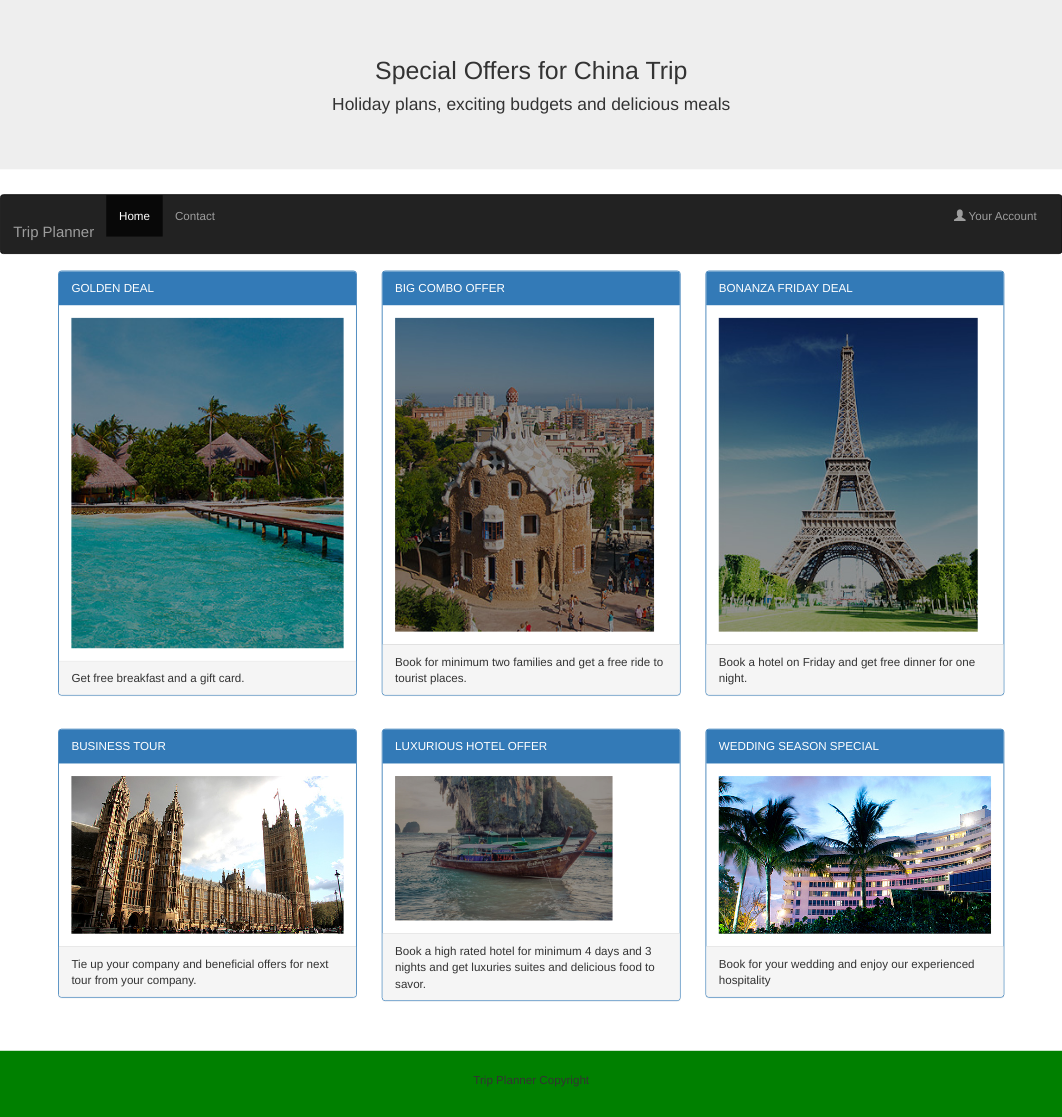
Repository: NanSin21/Mytourism-Website
Page: http://localhost/toursandtravelsmanagement/TripPlaces/CustomerSahara.jsp
An editor plug-in stored every save of this project. The page is shown before and after the next save, followed by the edit.
The browser window is 1280 px wide. The pictures show the whole page, at 83% of full size.
The page is served by Tomcat 9.

Above is the page before, as saved 2018-07-25 06:57:11.

After the next save:
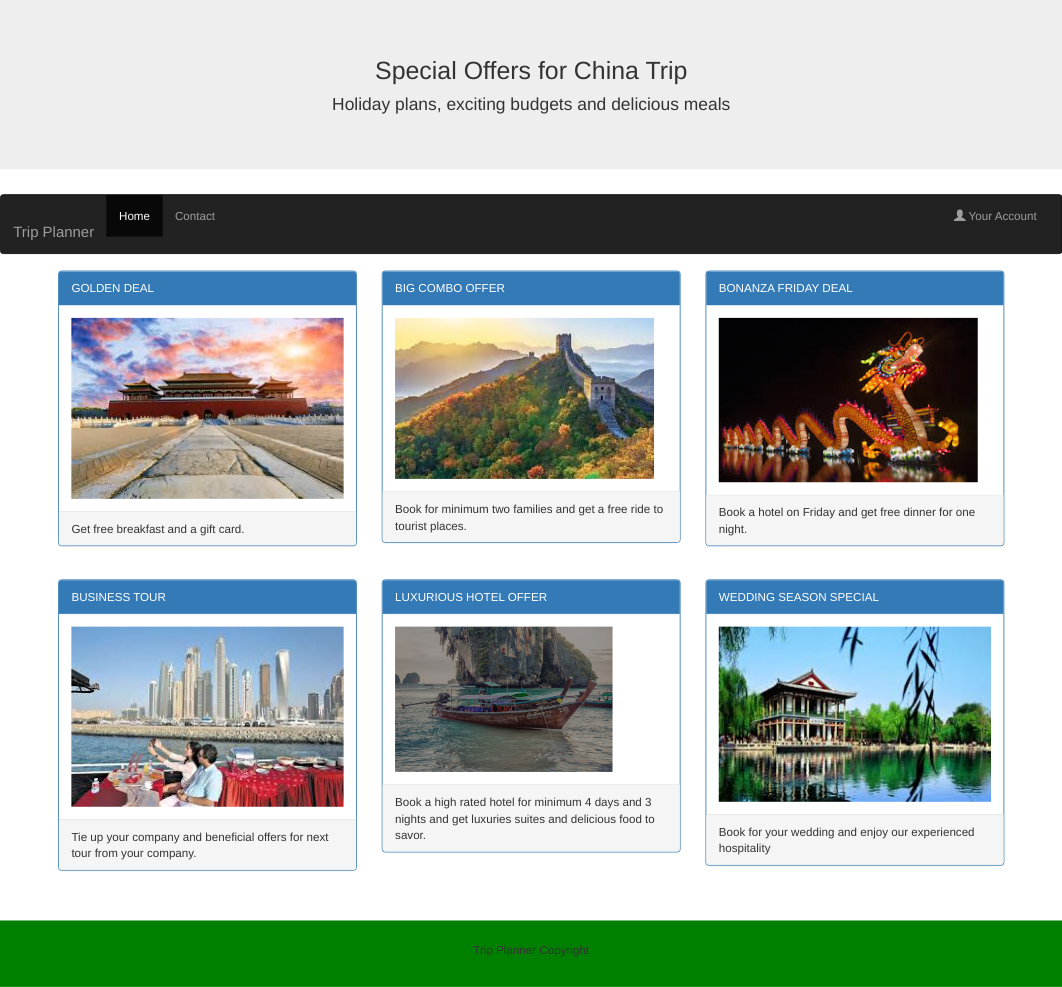
Saved 3 min 49 s later.
--- a/toursandtravelsmanagement/WebContent/TripPlaces/CustomerSahara.jsp
+++ b/toursandtravelsmanagement/WebContent/TripPlaces/CustomerSahara.jsp
@@ -65,21 +65,21 @@
     <div class="col-sm-4">
       <div class="panel panel-primary">
         <div class="panel-heading">GOLDEN DEAL</div>
-        <div class="panel-body"><img src="images/ban_img2.jpg" class="img-responsive" style="width:100%" alt="Image"></div>
+        <div class="panel-body"><img src="images/download.jpeg" class="img-responsive" style="width:100%" alt="Image"></div>
         <div class="panel-footer">Get free breakfast and a gift card.</div>
       </div>
     </div>
     <div class="col-sm-4">
       <div class="panel panel-primary">
         <div class="panel-heading">BIG COMBO OFFER</div>
-        <div class="panel-body"><img src="images/ban_img1.jpg" class="img-responsive" style="width:95%" alt="Image"></div>
+        <div class="panel-body"><img src="images/download (1).jpeg" class="img-responsive" style="width:95%" alt="Image"></div>
         <div class="panel-footer">Book for minimum two families and get a free ride to tourist places.</div>
       </div>
     </div>
     <div class="col-sm-4">
       <div class="panel panel-primary">
         <div class="panel-heading">BONANZA FRIDAY DEAL</div>
-        <div class="panel-body"><img src="images/ban_img3.jpg" class="img-responsive" style="width:95%" alt="Image"></div>
+        <div class="panel-body"><img src="images/download (2).jpeg" class="img-responsive" style="width:95%" alt="Image"></div>
         <div class="panel-footer">Book a hotel on Friday and get free dinner for one night.</div>
       </div>
     </div>
@@ -91,7 +91,7 @@
     <div class="col-sm-4">
       <div class="panel panel-primary">
         <div class="panel-heading">BUSINESS TOUR</div>
-        <div class="panel-body"><img src="images/londonhelp.jpg" class="img-responsive" style="width:100%" alt="Image"></div>
+        <div class="panel-body"><img src="images/restaurant.jpeg" class="img-responsive" style="width:100%" alt="Image"></div>
         <div class="panel-footer">Tie up your company and beneficial offers for next tour from your company.</div>
       </div>
     </div>
@@ -105,7 +105,7 @@
     <div class="col-sm-4">
       <div class="panel panel-primary">
         <div class="panel-heading">WEDDING SEASON SPECIAL</div>
-        <div class="panel-body"><img src="images/page4_img2.jpg" class="img-responsive" style="width:100%" alt="Image"></div>
+        <div class="panel-body"><img src="images/resort.jpeg" class="img-responsive" style="width:100%" alt="Image"></div>
         <div class="panel-footer">Book for your wedding and enjoy our experienced hospitality</div>
       </div>
     </div>
